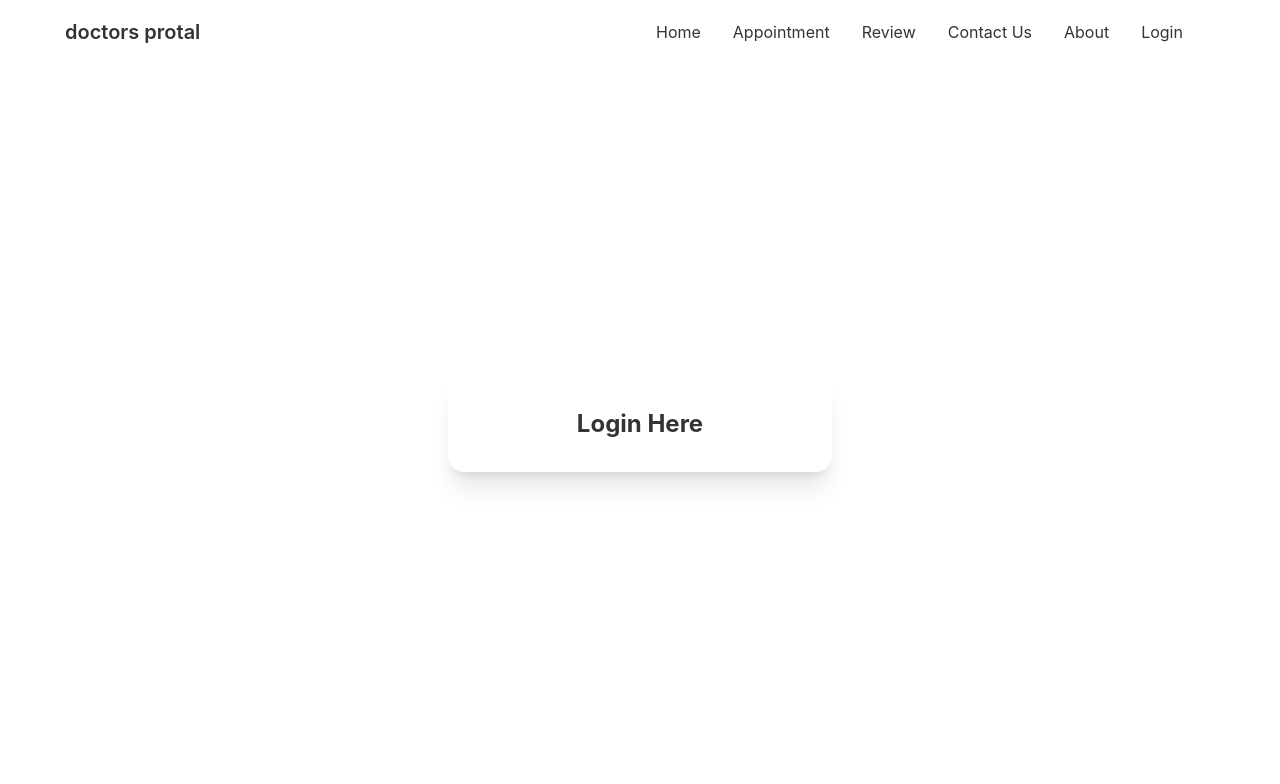
Repository: mdrubel02/doctor-protal
Page: /login
The author's editor kept a copy of each file at every save. The page is drawn from the files as they stood at one save, then again after the next save.
The browser window is 1280 px wide. The pictures show the whole page.
The project was rebuilt for these pictures with package versions that can differ from the ones it lists, and the page was loaded fresh each time. Also part of the build but not shown: src/App.css, src/Pages/About/About.js, src/Pages/Shared/Footer/Footer.js, src/Pages/Appointment/AppointmentBanner.js, src/Pages/Appointment/BookingModal.js, src/Pages/Appointment/Service.js, src/Pages/Appointment/AvailableAppointment.js, src/Pages/Appointment/Appointment.js and 2 more. Imported but missing from the stored project, and not drawn on this page: src/Pages/Contact/Contact.

Above is the page before, as saved 2022-05-14 16:13:10.

After the next save:
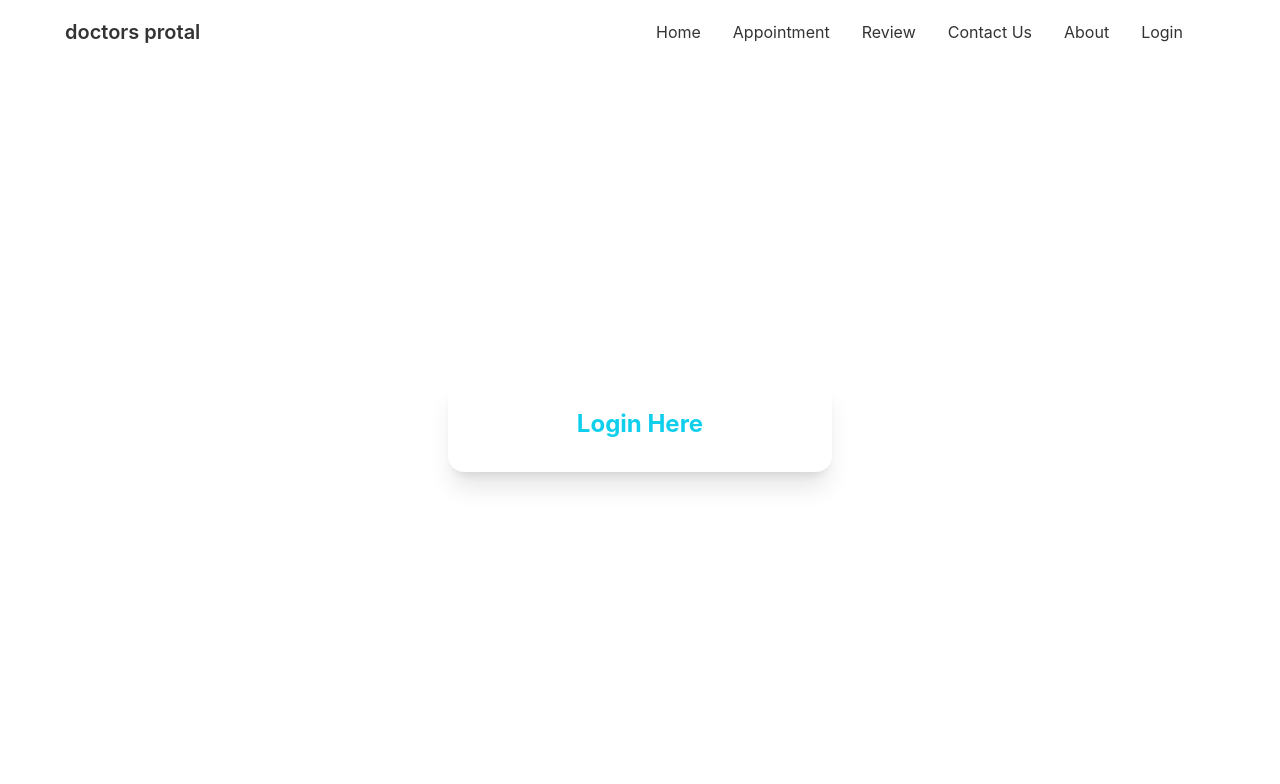
Saved 26 s later.
--- a/src/Pages/Login/Login.js
+++ b/src/Pages/Login/Login.js
@@ -5,7 +5,7 @@ const Login = () => {
         <div className='flex justify-center items-center min-h-screen'>
             <div className="card w-96 bg-base-100 shadow-xl">
                 <div className="card-body">
-                    <h2 className="text-center text-2xl font-bold">Login Here</h2>
+                    <h2 className="text-center text-2xl font-bold text-primary">Login Here</h2>
 
                 </div>
             </div>
